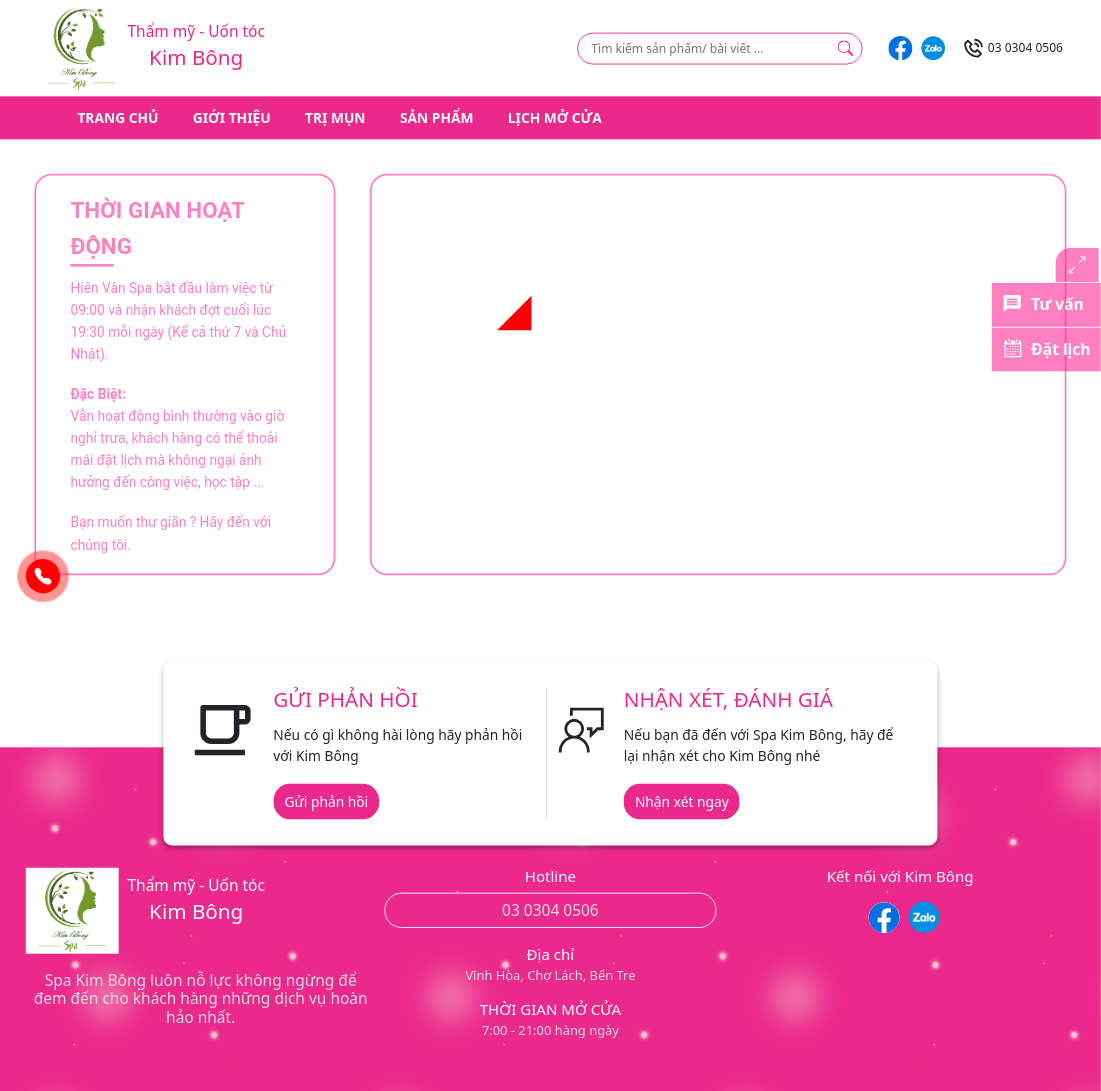
Repository: tranduykhuong/SpaKimBong
Page: /calendar
An editor plug-in stored every save of this project. The page is shown before and after the next save, followed by the edit.
The browser window is 1280 px wide. The pictures show the whole page, at 86% of full size.
The project was rebuilt for these pictures with package versions that can differ from the ones it lists, and the page was loaded fresh each time. Also part of the build but not shown: src/components/Banner/banner.scss, src/components/Banner/Banner.js, src/pages/Home/home.scss, src/pages/Home/ListImage/listImage.scss, src/pages/Home/ListImage/ListImage.js, src/pages/Home/BookOnline/bookOnl.scss, src/pages/Home/BookOnline/Modal/ModalBook/modalbook.scss, src/pages/Home/BookOnline/Modal/ModalBook/modalbook.js and 24 more.

Above is the page before, as saved 2022-06-07 10:30:48.

After the next save:
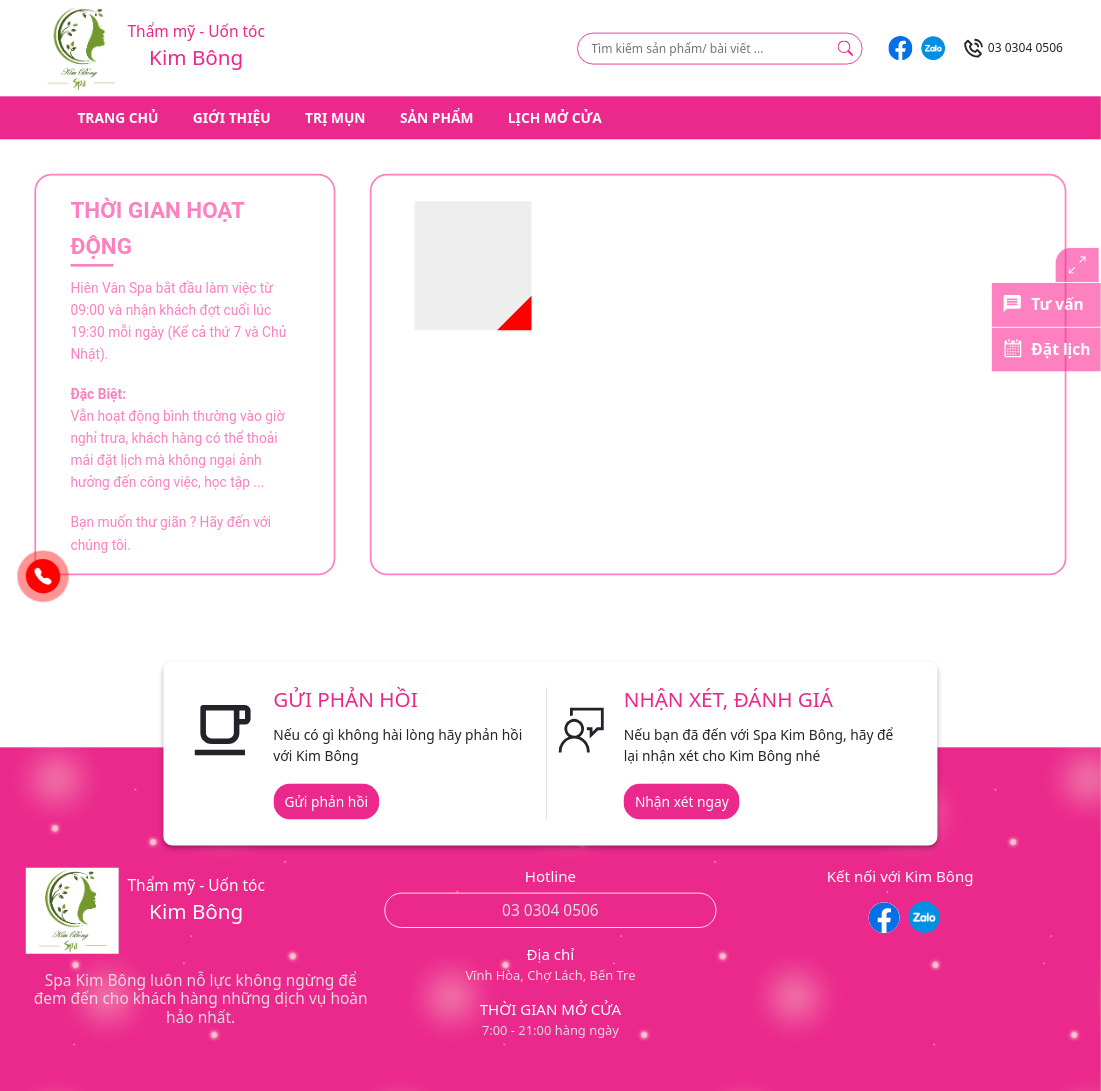
Saved 11 s later.
--- a/src/pages/Calendar/calendar.scss
+++ b/src/pages/Calendar/calendar.scss
@@ -68,7 +68,7 @@
             // margin: 10px;
             // width: 300px;
             // height: 200px;
-            // background-color: #eee;
+            background-color: #eee;
             // border-radius: 30px;
             position: relative;
 
